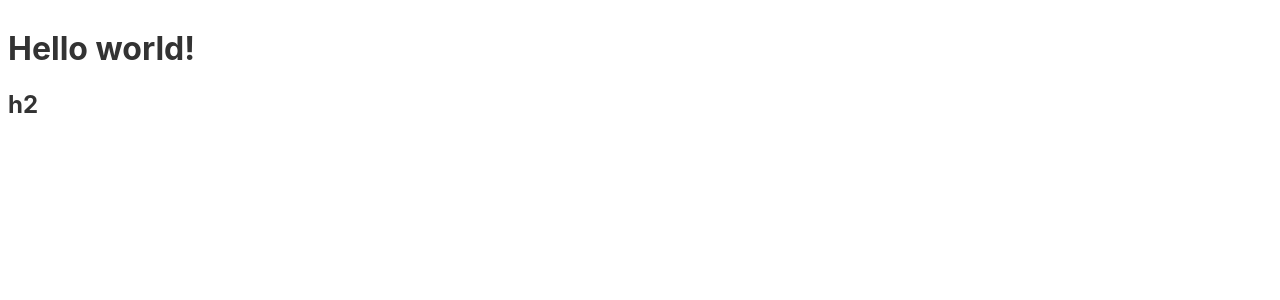
Repository: cgaof/local-music
Page: /
These files come from the project's save history. The page is drawn as it stood at one moment and after the next save; the edit follows.
The browser window is 1280 px wide. The pictures show the whole page.
The project was rebuilt for these pictures with package versions that can differ from the ones it lists, and the page was loaded fresh each time. Also part of the build but not shown: webpack.config.js.

Above is the page before, as saved 2020-07-23 09:42:32.

### src/App.svelte
<script>
	export let name;
</script>

<style>
	.body {
    display: grid;
    grid-template-columns: repeat(4, 25%);
    grid-template-rows: repeat(1, 40px);
    justify-items: center;
    align-items: center;
    overflow: hidden;
    word-wrap: break-word;
  }
  h2 {
    width: 100%;
    white-space: nowrap;
    overflow: hidden;
    text-overflow: ellipsis;
  }
</style>

<h1>Hello {name}!</h1>
<h2>h2</h2>

### public/global.css
html, body {
	position: relative;
	width: 100%;
	height: 100%;
}

body {
	color: #333;
	margin: 0;
	padding: 8px;
	box-sizing: border-box;
	font-family: -apple-system, BlinkMacSystemFont, "Segoe UI", Roboto, Oxygen-Sans, Ubuntu, Cantarell, "Helvetica Neue", sans-serif;
}

a {
	color: rgb(0,100,200);
	text-decoration: none;
}

a:hover {
	text-decoration: underline;
}

a:visited {
	color: rgb(0,80,160);
}

label {
	display: block;
}

input, button, select, textarea {
	font-family: inherit;
	font-size: inherit;
	padding: 0.4em;
	margin: 0 0 0.5em 0;
	box-sizing: border-box;
	border: 1px solid #ccc;
	border-radius: 2px;
}

input:disabled {
	color: #ccc;
}

input[type="range"] {
	height: 0;
}

button {
	background-color: #f4f4f4;
	outline: none;
}

button:active {
	background-color: #ddd;
}

button:focus {
	border-color: #666;
}

Loaded but not shown: public/index.html (common file); src/main.js (common file)

After the next save:
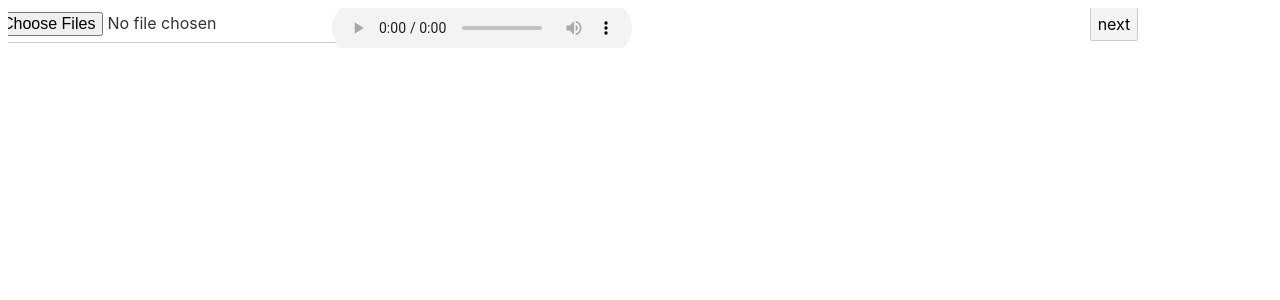
Saved 16 s later.
--- a/src/App.svelte
+++ b/src/App.svelte
@@ -20,5 +20,9 @@
   }
 </style>
 
-<h1>Hello {name}!</h1>
-<h2>h2</h2>
+<div class="body">
+	<input type="file" id="file" multiple>
+	<audio id="audio_id" poster="http://img.lanrentuku.com/img/allimg/1810/15409966139768.jpg" controls autoplay>Your browser can't support HTML5 Audio</audio>
+	<h2 id="name"></h2>
+	<button id="next">next</button>
+</div>
